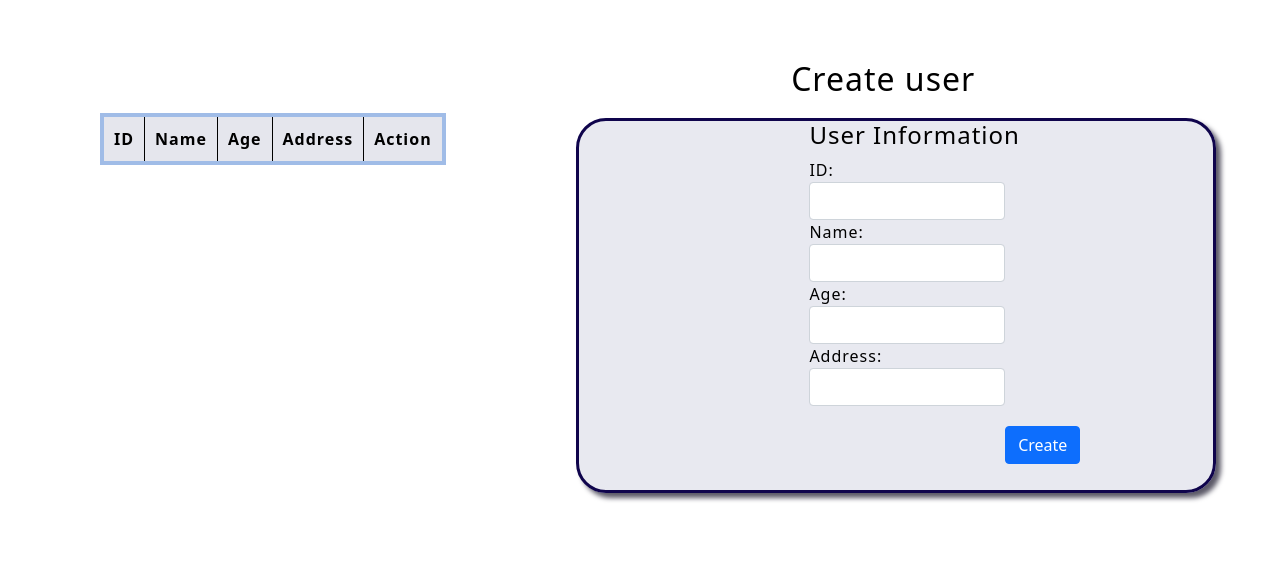
Repository: minhtuan16/JS-Basic
Page: CRUD-Department/create.html
The author's editor kept a copy of each file at every save. The page is drawn from the files as they stood at one save, then again after the next save.
The browser window is 1280 px wide. The pictures show the whole page.

Above is the page before, as saved 2022-06-09 00:38:08.

### CRUD-Department/create.html
<!DOCTYPE html>
<html lang="en">
<head>
    <meta charset="UTF-8">
    <meta http-equiv="X-UA-Compatible" content="IE=edge">
    <meta name="viewport" content="width=device-width, initial-scale=1.0">
    <link rel="stylesheet" href="https://cdnjs.cloudflare.com/ajax/libs/font-awesome/4.7.0/css/font-awesome.min.css">
    <link href="https://cdn.jsdelivr.net/npm/bootstrap@5.1.3/dist/css/bootstrap.min.css" rel="stylesheet" integrity="sha384-1BmE4kWBq78iYhFldvKuhfTAU6auU8tT94WrHftjDbrCEXSU1oBoqyl2QvZ6jIW3" crossorigin="anonymous">
    <link rel="stylesheet" href="styles/style.css">
    <!-- <link rel="stylesheet" href="styles/search.css"> -->
    <title>User</title>
</head>
<body>

    <h2>Create user</h2>
    <!--create a form with the following fiels,email, password, first name, last name, age, address, phone, payment, color-->


    <form id="registerForm" class="container">
        <h4>User Information</h4>
        <div class="control">
            <label>ID:</label>
            <input class="form-control" id="id" type="text" value="" />
        </div>

        <div class="control">
            <label>Name:</label>
            <input class="form-control" id="name" type="text" value="" />
        </div>
        <div class="control">
            <label>Age:</label>
            <input class="form-control" id="age" type="text" value="" />
        </div>
        <div class="control">
            <label>Address:</label>
            <input class="form-control" id="address" type="text" value="" />
        </div>

        <button type="button" class="btn btn-primary" id="btnSave" onclick="create()">Create</button>

        <button type="button" class="btn btn-primary" id="btnUpdate" onclick="update()" style="display: none;">Save</button>
    </form>

    <!-- <div class="search-container">
        <form >
            <input type="text" placeholder="Search..." name="search">
            <button type="button"><i class="fa fa-search"></i></button>
        </form>
    </div> -->

    <table border="1px">

        <tr>
            <td>ID</td>
            <td>Name</td>
            <td>Age</td>
            <td>Address</td>
            <td>Action</td>
        </tr>

        <tbody id="tableBody">

        </tbody>
    </table>
    <script src="scripts/create.js"></script>
</body>
</html>

### CRUD-Department/styles/style.css
/* Global */
.control{
    width: 50%;
}
.error{
    border: 2px solid red;
}
html{
    font-family: Verdana, Geneva, Tahoma, sans-serif;
    letter-spacing: 1px;
}
h2{
    text-align: center;
}
body{
    /* background-color: #141E61; */
    color: #000000;
}
/* Nav */
a {
    display: inline-block;
    text-decoration: none;
    color: black;
    padding: 5px;
    background-color: #9498a3;
    vertical-align: middle;
    -webkit-transform: perspective(1px) translateZ(0);
    transform: perspective(1px) translateZ(0);
    box-shadow: 0 0 1px rgba(0, 0, 0, 0);
    position: relative;
}

a:before {
    content: '';
    position: absolute;
    border: #e1e1e1 solid 4px;
    top: 0;
    right: 0;
    bottom: 0;
    left: 0;
    -webkit-transition-duration: 0.3s;
    transition-duration: 0.3s;
    -webkit-transition-property: top, right, bottom, left;
    transition-property: top, right, bottom, left;
}

a:hover:before,
a:focus:before,
.a:active:before {
    top: -8px;
    right: -8px;
    bottom: -8px;
    left: -8px;
}

/* Index */
#sign-in {
    border: #0F044C solid 3px;
    background-color: #1225ee34;
    box-shadow: 5px 5px 5px #0F044C;
    padding-left: 20%;
    padding-bottom: 20%;
    width: 20rem;
    margin-left: 20%;
    border-radius: 30px;
}

/* Register */
.nav-btn {
    margin-left: 20px;
    margin-top: 20px
}

h2 {
    margin-left: 38%;
    margin-top: 60px;
}

#registerForm {
    border: #0F044C solid 3px;
    background-color: #8f92b434;
    box-shadow: 5px 5px 5px #5c5a68;
    padding-left: 18%;
    padding-bottom: 2%;
    width: 50%;
    margin-left: 45%;
    border-radius: 30px;
    margin-top: 20px;
}

#btnSave {
    margin-left: 50%;
    margin-top: 20px;
}

#btnShow {
    margin-left: -80%;
    margin-top: 20px;
}

#btnUpdate {
    margin-left: 50%;
    margin-top: 20px;
}

/* Users */
table {
    border: #a0bce7 4px solid;
    background-color: #8184a734;
    /* margin-top: 50px;
    margin-left: 500px; */
    margin-top: -380px;
    margin-left: 100px;
}

/* h1 {
    margin-top: -450px;
} */
table form input {
    margin-left: 100px;
}

table td {
    border: #000000 1px solid;
    text-align: center;
    font-weight: 900;
    padding: 10px;
}

td {
    font-weight: 100;
    border: #e1e1e1 solid 1px;
    padding: 5px;
}

### CRUD-Department/scripts/create.js

var data = [
    {id: 1, name: "xyz1", age: 18, address: "hn"},
    {id: 2, name: "xyz2", age: 20, address: "hn"},
    {id: 3, name: "xyz3", age: 21, address: "hn"}
]

function drawTable(person) {
    var table = document.createElement("table");
    var tr = document.createElement("tr");
    var tdid = document.createElement("td");
    var tdName = document.createElement("td");
    var tdAge = document.createElement("td");
    var tdAddress = document.createElement("td");
    var tdOption = document.createElement("td");

    var editBtn = document.createElement("button");
    var deleteBtn = document.createElement("button");

    editBtn.innerText = 'Edit';
    deleteBtn.innerText = 'Delete';

    tdOption.appendChild(editBtn);
    tdOption.appendChild(deleteBtn);

    //bat su kien edit
    editBtn.onclick = function() {
        editPerson(person.id);
    }

    //bat su kien edit
    deleteBtn.onclick = function() {
        deletePerson(person.id);
    }

    tdid.innerHTML = person.id;
    tdName.innerHTML = person.name;
    tdAge.innerHTML = person.age;
    tdAddress.innerHTML = person.address;

    tr.appendChild(tdid);
    tr.appendChild(tdName);
    tr.appendChild(tdAge);
    tr.appendChild(tdAddress);
    tr.appendChild(tdOption)

    var tableBody = document.getElementById("tableBody");
    tableBody.appendChild(tr);
}

function resetDrawTable(persons) {
    var tableBody = document.getElementById("tableBody");
    tableBody.innerHTML = "";

    for (var i = 0; i < persons.length; i++) {
        drawTable(persons[i]);
    }
}

// resetDrawTable(data)
function create() {

    var id = document.getElementById("id").value;
    var name = document.getElementById("name").value;
    var age = document.getElementById("age").value;
    var address = document.getElementById("address").value;

    if (id.length > 0 && name.length > 0 && age.length > 0 && address.length > 0) {
        var p = {id: id, name: name, age: age, address: address};

        data.push(p);

        resetDrawTable(data);

        alert('Create Success');

        document.getElementById("id").value = "";
        document.getElementById("name").value = "";
        document.getElementById("age").value = "";
        document.getElementById("address").value = "";

    } else {
        alert('Dien day du thong tin');
    }
}

function show() {
    var table = document.getElementById("table");
    table.style.display = 'block';
}

function editPerson(id) {
    var index = data.findIndex(x => x.id == id);
    let person = data[index];

    var idIp = document.getElementById("id");
    var nameIp = document.getElementById("name");
    var ageIp = document.getElementById("age");
    var addressIp = document.getElementById("address");

    idIp.value = person.id;
    nameIp.value = person.name;
    ageIp.value = person.age;
    addressIp.value = person.address;

    document.getElementById("btnUpdate").style.display = 'block';
    document.getElementById("btnSave").style.display = 'none';
}

function update() {
    var idIp = document.getElementById("id");
    var nameIp = document.getElementById("name");
    var ageIp = document.getElementById("age");
    var addressIp = document.getElementById("address");

    var id = idIp.value;
    var name = nameIp.value;
    var age = ageIp.value;
    var address = addressIp.value;

    var index = data.findIndex(x => x.id == id);

    if (id.length > 0 && name.length > 0 && age.length > 0 && address.length > 0) {
        data[index] = {id: id, name: name, age: age, address: address};

        resetDrawTable(data);
        alert('Update Success');

        idIp.value = "";
        nameIp.value = "";
        ageIp.value = "";
        addressIp.value = "";

    } else {
        alert('Dien day du thong tin');
    }

    document.getElementById("btnUpdate").style.display = 'none';
    document.getElementById("btnSave").style.display = 'block';
}

function deletePerson(id) {
    var newData = data.filter(x => x.id != id);

    data = newData;

    resetDrawTable(data);
}

After the next save:
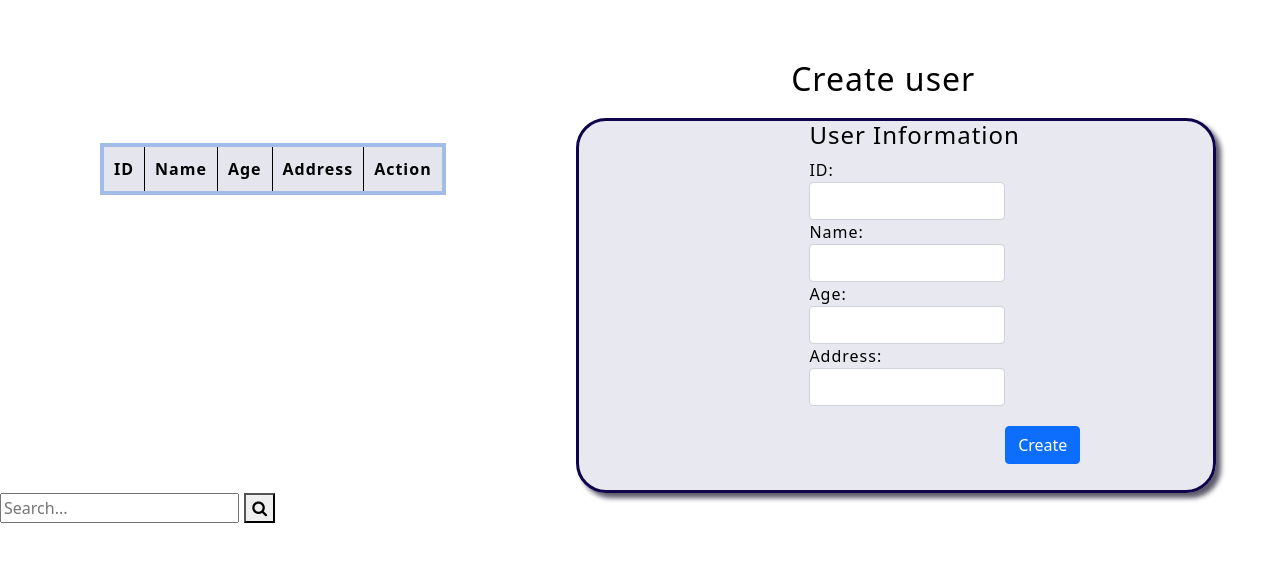
Saved 19 s later.
--- a/CRUD-Department/create.html
+++ b/CRUD-Department/create.html
@@ -41,12 +41,12 @@
         <button type="button" class="btn btn-primary" id="btnUpdate" onclick="update()" style="display: none;">Save</button>
     </form>
 
-    <!-- <div class="search-container">
+    <div class="search-container">
         <form >
             <input type="text" placeholder="Search..." name="search">
             <button type="button"><i class="fa fa-search"></i></button>
         </form>
-    </div> -->
+    </div>
 
     <table border="1px">
 
